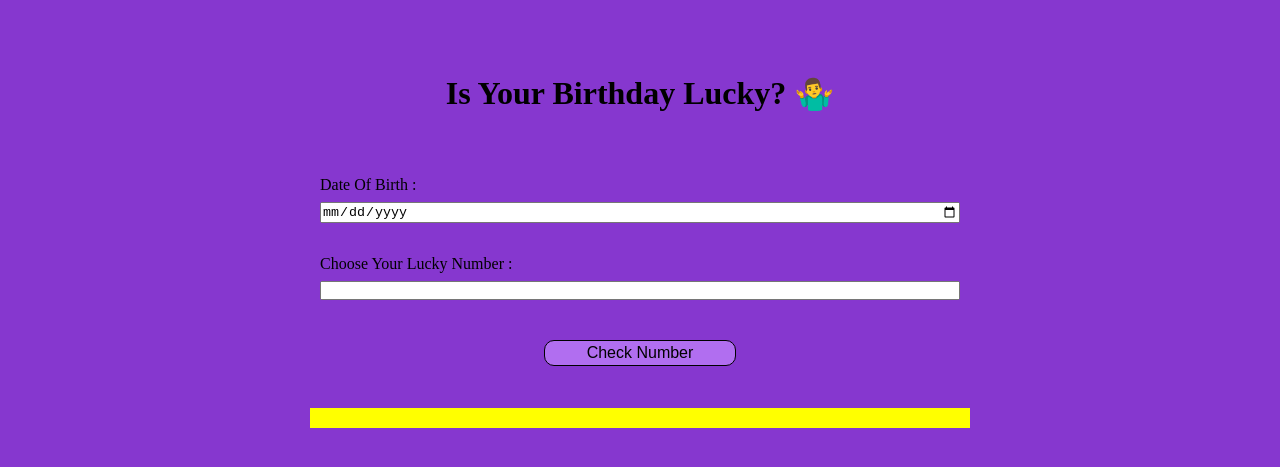
Repository: patelamancode/Lucky-Birthday-App
Page: index.html
The author's editor kept a copy of each file at every save. The page is drawn from the files as they stood at one save, then again after the next save.
The browser window is 1280 px wide. The pictures show the whole page.

Above is the page before, as saved 2022-11-21 18:21:01.

### index.html
<!DOCTYPE html>
<html lang="en">
<head>
    <meta charset="UTF-8">
    <meta http-equiv="X-UA-Compatible" content="IE=edge">
    <meta name="viewport" content="width=device-width, initial-scale=1.0">
    <link rel="stylesheet" href="index.css">
    <title>Is your birthday lucky</title>
</head>
<body>
    <div id="main-container">
        <h1 class="app-title">Is Your Birthday Lucky? 🤷‍♂️</h1>
        <label for="date-of-birth" class="dob">Date Of Birth :</label>
        <input type="date" value="11-06-1997" class="selected-dob">
        <label for="lucky-number" class="favourite-number">Choose Your Lucky Number :</label>
        <input type="number" class="user-number">
        <button id="check-btn">Check Number</button>
    </div>
    <div id="graphic-container">

    </div>
    <script src="index.js"></script>
</body>
</html>

### index.css
*{
    margin: 0;
    padding: 0;
}
 body{
    background-color: rgb(134, 55, 207);
 }

 #main-container {
    display: flex;
    flex-direction: column;
    width: 50vw;
    margin: auto;
    margin-top: 2rem;
    padding: 10px;
    text-align: center;
 }

 .app-title{
    margin: 2rem 0;
 }
 label{
    width: auto;
    text-align: left;
    margin-top: 2rem;
    margin-bottom: 0.5rem;
 }
 /* input{
    -webkit-appearance: none;
    box-shadow: none !important;
 } */
 button{
    margin: auto;
    margin-top: 2.5rem;
    width: 30%;
    padding: 3px;
    font-size: 1rem;
    font-weight: 500;
    border: 1px solid;
    background-color: rgb(177, 110, 240);
    border-radius: 10px;
 }


 #graphic-container{
    display: flex;
    background-color: yellow;
    width: 50vw;
    margin: auto;
    margin-top: 2rem;
    padding: 10px;
    text-align: center;
 }

### index.js
// console.log("hey Aman js in there");

const checkButton = document.querySelector('#check-btn');
const appContent = document.querySelector('#main-container');
const userBirthDate = document.querySelector('.selected-dob').value;
const userSecretNumber = document.querySelector('.user-number');


function hideContent(){
    appContent.style.display = "none";
}


checkButton.addEventListener('click' , function showGraphic(){
    hideContent();


});

After the next save:
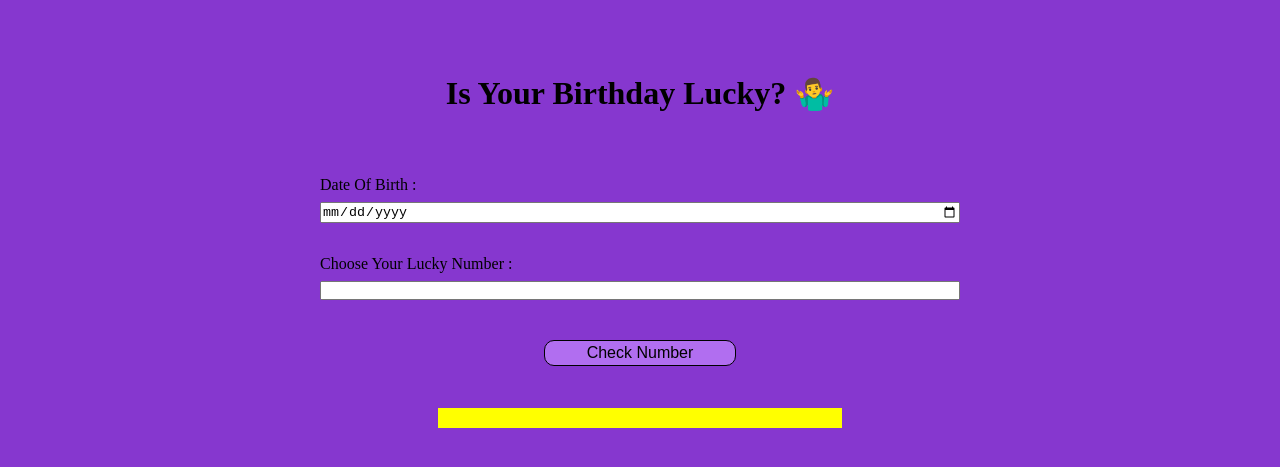
Saved 34 s later.
--- a/index.css
+++ b/index.css
@@ -45,7 +45,7 @@
  #graphic-container{
     display: flex;
     background-color: yellow;
-    width: 50vw;
+    width: 30vw;
     margin: auto;
     margin-top: 2rem;
     padding: 10px;
